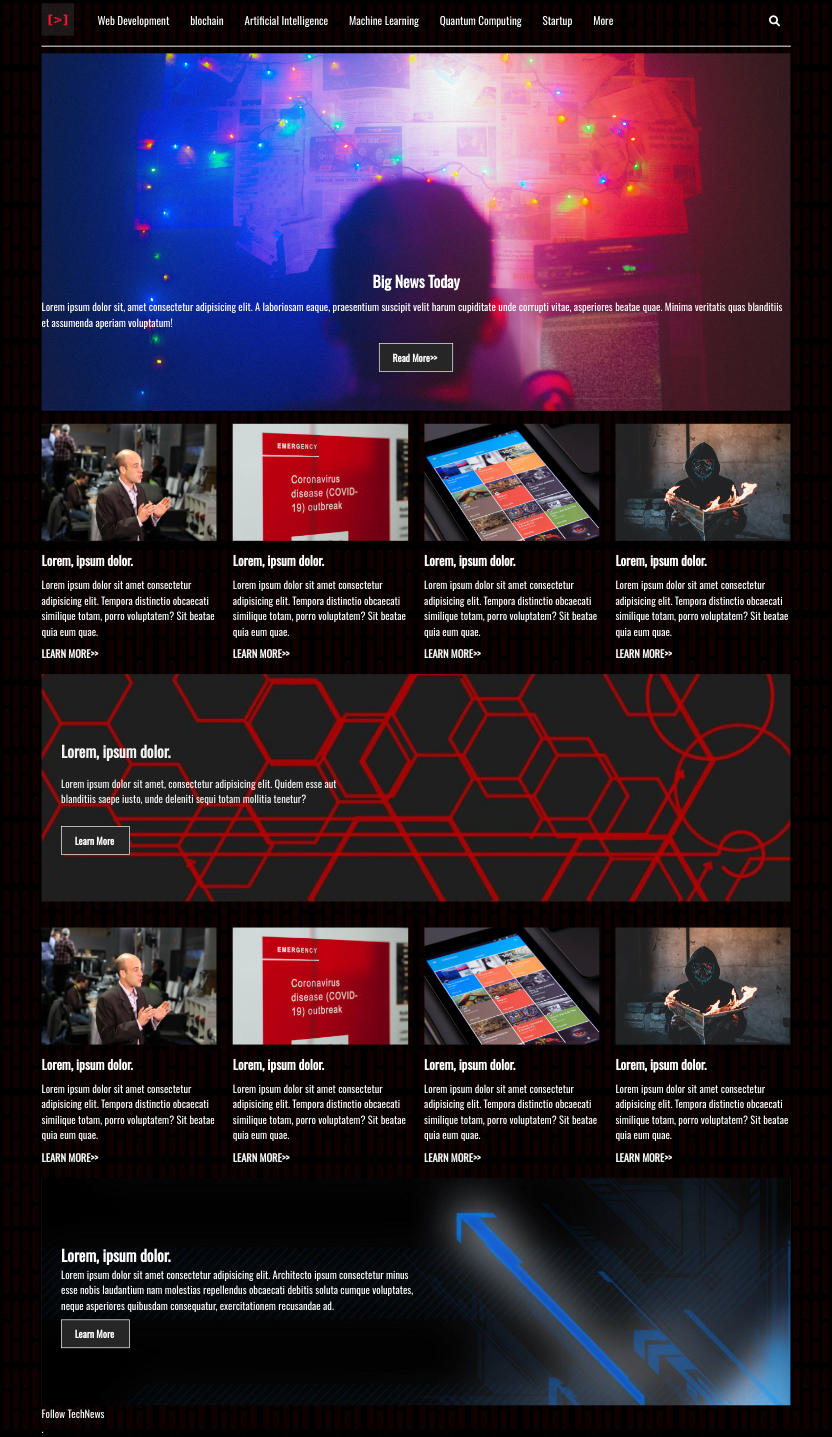
Repository: NickArregoces/News_Web
Page: index.html
The author's editor kept a copy of each file at every save. The page is drawn from the files as they stood at one save, then again after a run of saves.
The browser window is 1280 px wide. The pictures show the whole page, at 65% of full size.

Above is the page before, as saved 2021-12-24 20:04:56.

### index.html
<!DOCTYPE html>
<html lang="en">
<head>
    <meta charset="UTF-8">
    <meta http-equiv="X-UA-Compatible" content="IE=edge">
    <meta name="viewport" content="width=device-width, initial-scale=1.0">
    <title>TechNews</title>
    <!--FONT AWESOME-->
    <link rel="stylesheet" href="https://cdnjs.cloudflare.com/ajax/libs/font-awesome/6.0.0-beta3/css/all.min.css">

    <link rel="stylesheet" href="style.Css">
    <!--Oswald FONTS-->
    <link rel="preconnect" href="https://fonts.googleapis.com">
<link rel="preconnect" href="https://fonts.gstatic.com" crossorigin>
<link href="https://fonts.googleapis.com/css2?family=Oswald:wght@200;300;400&display=swap" rel="stylesheet">
</head>
<body>

    <div class="container">

        <nav class ="nav-main">
            <img src="img/brand.png" alt="" class="nav-brand">

            <ul class="nav-menu">
                <li>
                    <a href="#">Web Development</a>
                </li>
                <li>
                    <a href="#">blochain</a>
                </li>
                <li>
                    <a href="#">Artificial Intelligence</a>
                </li>
                <li>
                    <a href="#">Machine Learning</a>
                </li>
                <li>
                    <a href="#">Quantum Computing</a>
                </li>
                <li>
                    <a href="#">Startup</a>
                </li>
                <li>
                    <a href="#">More</a>
                </li>
            </ul>
            <ul class="nav-menu-right">
                <li>
                    <a href="">
                        <i class="fas fa-search"></i>
                    </a>
                </li>
            </ul>
        </nav>
        <hr> <!--Crea una linea -->


        <!--Showcase=Imagen pricnipal-->
        <header class="showcase">
            <h2>Big News Today</h2>
            <p>Lorem ipsum dolor sit, amet consectetur adipisicing elit. A laboriosam eaque, praesentium suscipit velit harum cupiditate unde corrupti vitae, asperiores beatae quae. Minima veritatis quas blanditiis et assumenda aperiam voluptatum!</p>
        <!--lorem30 te crea 30 palabras-->
            <a class="btn" href="#">Read More>> <i class="fas fa-angles-double-right"></i></a>
        </header>

        <!--NEWS CARDS(COLUMNAS)-->
        <div class="news-cards">
            <div class="">
                <img src="img/news1.jpg" alt="News 1">
                <h3>Lorem, ipsum dolor.</h3>
                <p>Lorem ipsum dolor sit amet consectetur adipisicing elit. Tempora distinctio obcaecati similique totam, porro voluptatem? Sit beatae quia eum quae.</p>
                <a href="">Learn More>><i class="fas fa-amgle-dpuble-right"></i></a>
            </div>
            <div class="">
                <img src="img/news2.jpg" alt="News 2">
                <h3>Lorem, ipsum dolor.</h3>
                <p>Lorem ipsum dolor sit amet consectetur adipisicing elit. Tempora distinctio obcaecati similique totam, porro voluptatem? Sit beatae quia eum quae.</p>
                <a href="">Learn More>><i class fas fa-amgle-dpuble-right></i></a>
            </div>
            <div class="">
                <img src="img/news3.jpg" alt="News 3">
                <h3>Lorem, ipsum dolor.</h3>
                <p>Lorem ipsum dolor sit amet consectetur adipisicing elit. Tempora distinctio obcaecati similique totam, porro voluptatem? Sit beatae quia eum quae.</p>
                <a href="">Learn More>><i class="fas fa-amgle-dpuble-right" ></i></a>
            </div>
            <div class="">
                <img src="img/news4.jpg" alt="News 4">
                <h3>Lorem, ipsum dolor.</h3>
                <p>Lorem ipsum dolor sit amet consectetur adipisicing elit. Tempora distinctio obcaecati similique totam, porro voluptatem? Sit beatae quia eum quae.</p>
                <a href="">Learn More>><i class="fas fa-amgle-dpuble-right"></i></a>
            </div>
        </div>

        <div>

            <section class="cards-banner-one">
                <div class="content">
                    <h2>Lorem, ipsum dolor.</h2>
                    <p>Lorem ipsum dolor sit amet, consectetur adipisicing elit. Quidem esse aut blanditiis saepe iusto, unde deleniti sequi totam mollitia tenetur?</p>
                    <a href="#" class="btn">Learn More <i class="fas fa-amgle-dpuble-right"></i></a>
                </div>

            </section>

            <!--NEWS CARDS(COLUMNAS)-->
        <div class="news-cards">
            <div class="">
                <img src="img/news1.jpg" alt="News 1">
                <h3>Lorem, ipsum dolor.</h3>
                <p>Lorem ipsum dolor sit amet consectetur adipisicing elit. Tempora distinctio obcaecati similique totam, porro voluptatem? Sit beatae quia eum quae.</p>
                <a href="">Learn More>><i class="fas fa-amgle-dpuble-right"></i></a>
            </div>
            <div class="">
                <img src="img/news2.jpg" alt="News 2">
                <h3>Lorem, ipsum dolor.</h3>
                <p>Lorem ipsum dolor sit amet consectetur adipisicing elit. Tempora distinctio obcaecati similique totam, porro voluptatem? Sit beatae quia eum quae.</p>
                <a href="">Learn More>><i class fas fa-amgle-dpuble-right></i></a>
            </div>
            <div class="">
                <img src="img/news3.jpg" alt="News 3">
                <h3>Lorem, ipsum dolor.</h3>
                <p>Lorem ipsum dolor sit amet consectetur adipisicing elit. Tempora distinctio obcaecati similique totam, porro voluptatem? Sit beatae quia eum quae.</p>
                <a href="">Learn More>><i class="fas fa-amgle-dpuble-right" ></i></a>
            </div>
            <div class="">
                <img src="img/news4.jpg" alt="News 4">
                <h3>Lorem, ipsum dolor.</h3>
                <p>Lorem ipsum dolor sit amet consectetur adipisicing elit. Tempora distinctio obcaecati similique totam, porro voluptatem? Sit beatae quia eum quae.</p>
                <a href="">Learn More>><i class="fas fa-amgle-dpuble-right"></i></a>
            </div>
        </div>

        <section class="cards-banner-two">
            <div class="content">
                <h2>Lorem, ipsum dolor.</h2>
                <p>Lorem ipsum dolor sit amet consectetur adipisicing elit. Architecto ipsum consectetur minus esse nobis laudantium nam molestias repellendus obcaecati debitis soluta cumque voluptates, neque asperiores quibusdam consequatur, exercitationem recusandae ad.</p>
                <a href="#" class="btn">Learn More <i class="fas fa-angles-double-right"></i> </a>
            </div>
        </section>

        <section class="social">

                <p> Follow TechNews</p>
                .

        </section>



        </div>

    </div>


</body>
</html>

### style.Css
*{
    box-sizing: border-box;
    margin: 0;
    padding: 0;
}

body{
    background:#000000;
    color:#ffff;
    background-color: #000000;
    background-image: url("data:[embedded picture, 663 characters]");
    color:#1e272e;
    font-size: 16px;
    font-family: 'Oswald', sans-serif;
}

a{
    color: #ffff;
    text-decoration: none;
}

ul{
    list-style: none;
}
.container{
    width: 90%;/*responsive*/
    margin: auto;
    color: #ffff;/*MIO*/
}
/*Navigation*/
.nav-main{
    font-size: 17px;
    display: flex;/*Elememnto al lado de otro*/
    justify-content: space-between;
    align-items: center;
    height: 60px;
    padding: 20px 0px;
}
.nav-brand{
    width: 50px;
}

/*Nav Left*/
.nav-main ul{
    display:flex;
}

.nav-main ul li{
    padding: 10px;
}

.nav-main ul li a{
    padding: 6px;
}

.nav-main ul li a:hover {
    border-bottom: 2px solid #ffffff;
}
.nav-main ul.nav-menu{
    flex:1;
    margin-left: 20px;
}

/*Showcase*/
hr{
    margin:10px 0px;
}
.showcase{
    width: 100%;
    height: 550px;
    /*Arreglar img */
    background: url(/img/showcase2.jpg) no-repeat center center/cover;
    padding-bottom: 50px;
    margin-bottom: 20px;/*Margen interna*/
    display:flex;
    flex-direction: column;
    align-items: center;/*centrar P*/
    justify-content: flex-end; /*p al final*/
}

.btn{
    cursor: pointer;
    display: inline-block;
    border: 0;
    font-weight: bold;
    padding: 10px 20px;
    background: #262626;
    color:#ffffff;
    font-size: 15px;
    border: 1px solid #ffff;
    margin:10px 0px;
}

.btn:hover{
    opacity: 0.7;
}

.showcase h2,
.showcase p{
    margin-bottom: 10px;
}

/*News CARS*/
.news-cards{
    display: grid;
    grid-template-columns: 1fr 1fr 1fr 1fr;/*4 columnas*/
    gap: 25px;/*espaciado card*/
    margin: 10px 0;
}

.news-cards img{
    width:100%;
    height:  180px;
}

.news-cards h3{
    font-size: 20px;
    margin:  10px 0;

}

.news-cards a{
    padding: 10px 0;
    color: #f2f2f2;
    text-transform: uppercase;
    display: inline-block;
    font-weight: bold;
}

.news-cards a:hover{
    text-decoration: underline; /*Line debajo*/
}

/*Cards-banner-one*/

.cards-banner-one {
    width: 100%;
    height: 350px;
    background: url(./img/tech-red.jpg) no-repeat center/cover;;
    margin-bottom: 40px;
}
.cards-banner-one .content{
    width: 40%;
    padding: 90px 0 0 30px;
    color: #f2f2f2;
}

.cards-banner-one p,
.cards-banner-one h2{
    margin: 10px 0 20px 0;
}

/*CARDS BANNER TWO*/

.cards-banner-two{
    background: url(./img/image-five.jpg) no-repeat center/cover;
    width: 100%;
    height: 350px;
}

.cards-banner-two .content{
    width: 50%;
    padding: 100px 0 0 30px;
}

After the next 2 saves:
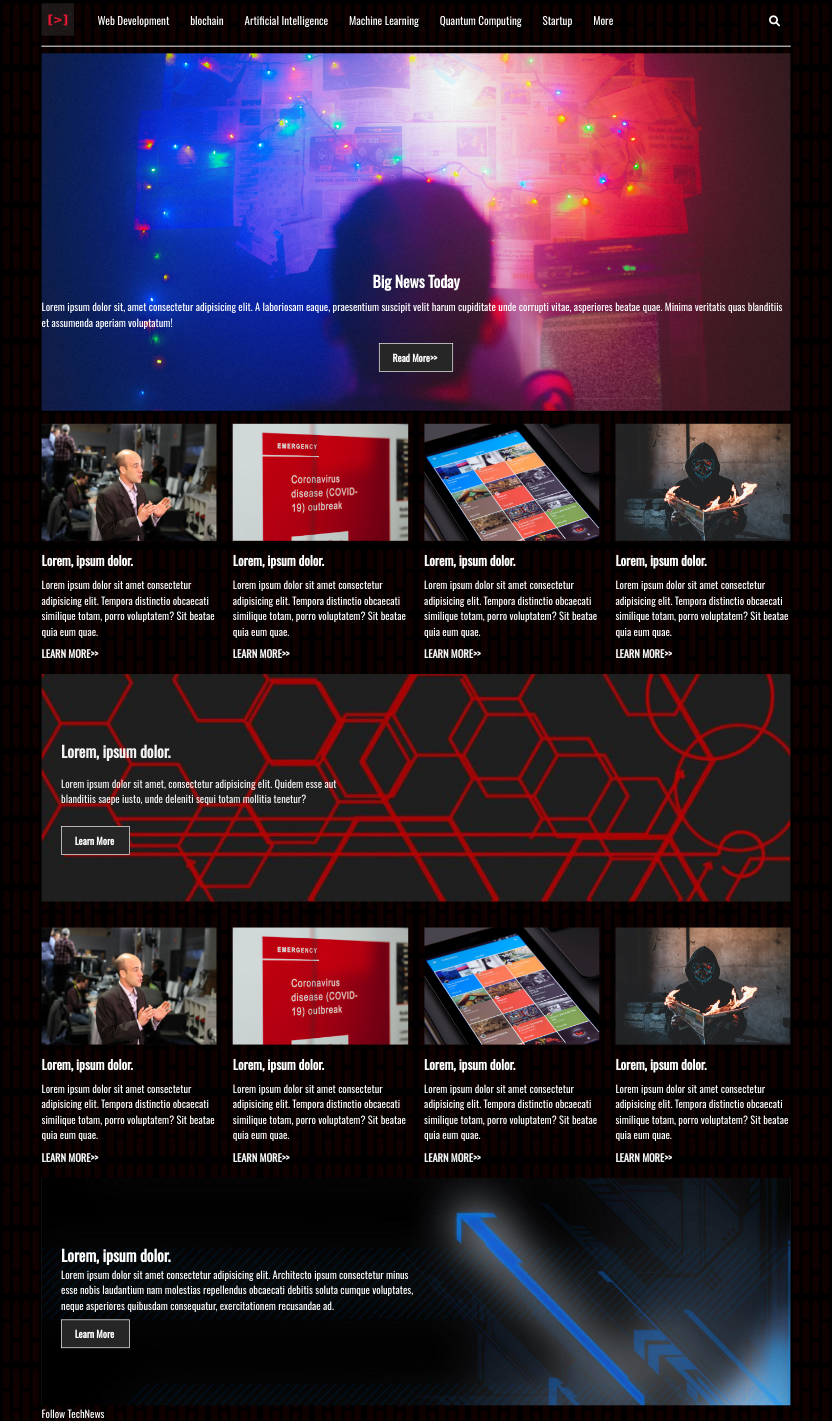
The 2 saves are shown as one change because they came seconds apart.
The last was saved 7 s later.
--- a/index.html
+++ b/index.html
@@ -141,7 +141,9 @@
         <section class="social">
 
                 <p> Follow TechNews</p>
-                .
+                <div class="links">
+                    <a href="#"></a>
+                </div>
 
         </section>
 

After the 6 saves that followed:
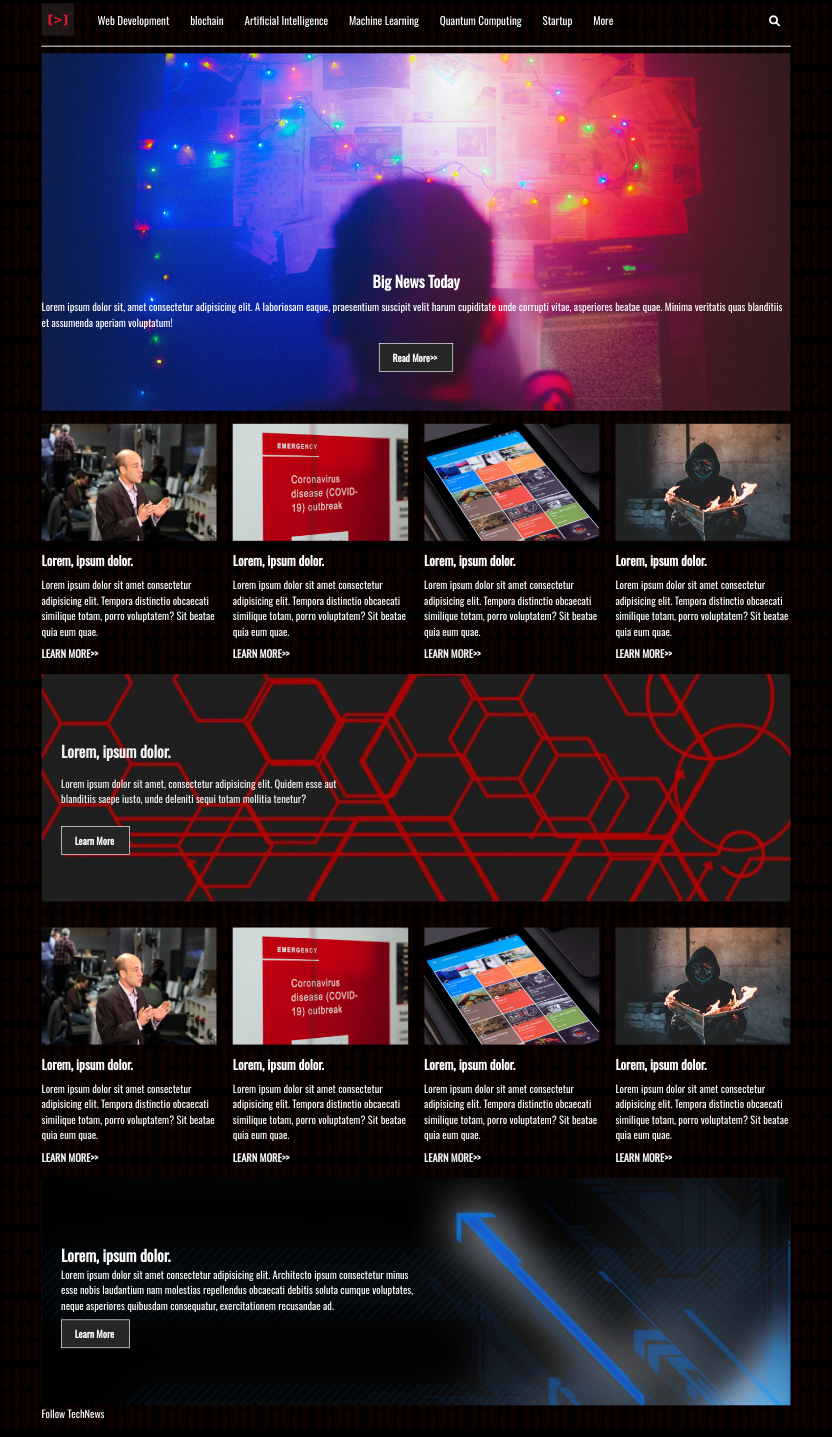
The 6 saves are shown as one change because they came seconds apart.
The last was saved 19 s later.
--- a/index.html
+++ b/index.html
@@ -142,7 +142,9 @@
 
                 <p> Follow TechNews</p>
                 <div class="links">
-                    <a href="#"></a>
+                    <a href="#">
+                        <i class="fa"></i>
+                    </a>
                 </div>
 
         </section>
